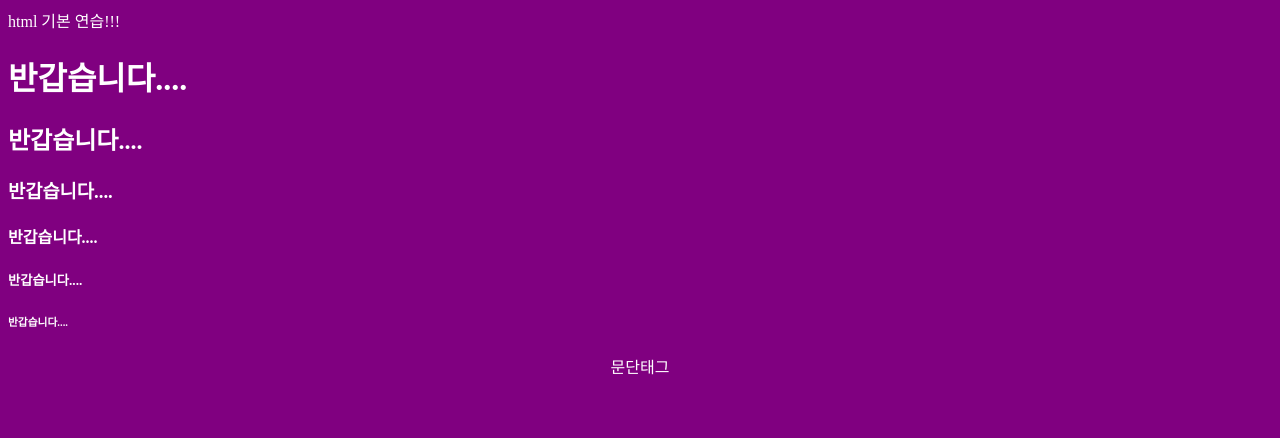
Repository: salee1023/JSP_Practice
Page: HTML_CSS_JS_practice01/src/main/webapp/html01.htm
An editor plug-in stored every save of this project. The page is shown before and after the next save, followed by the edit.
The browser window is 1280 px wide. The pictures show the whole page.

Above is the page before, as saved 2021-08-16 09:07:21.

### HTML_CSS_JS_practice01/src/main/webapp/html01.htm
<!DOCTYPE html>
<!--
	html 기본 구조
	<html>
		<head>
			<meta charset = "utf-8">
			<title>문서의 제목</title>
		</head>
		<body>
			문서의 내용
		</body?
	</html>
 -->
<html>
<head>
<meta charset="utf-8">
<title>html 연습</title>
</head>
<body bgcolor="purple" text="white">
	html 기본 연습!!!<br><h1>반갑습니다....</h1>
	<h2>반갑습니다....</h2><h3>반갑습니다....</h3><h4>반갑습니다....</h4><h5>반갑습니다....</h5><h6>반갑습니다....</h6>
	<p align="center">문단태그</p>
</body>
</html>

After the next save:
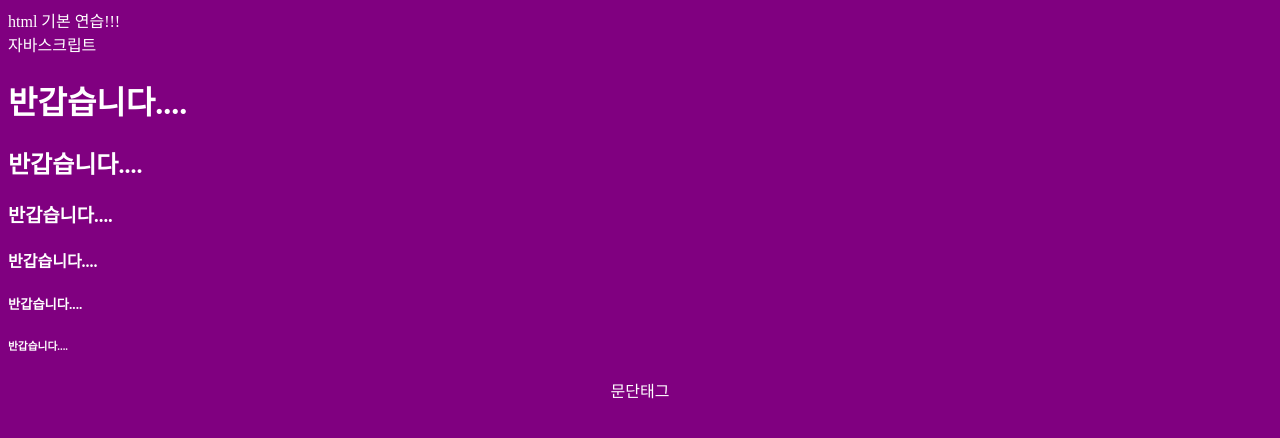
Saved 40 s later.
--- a/HTML_CSS_JS_practice01/src/main/webapp/html01.htm
+++ b/HTML_CSS_JS_practice01/src/main/webapp/html01.htm
@@ -17,7 +17,7 @@
 <title>html 연습</title>
 </head>
 <body bgcolor="purple" text="white">
-	html 기본 연습!!!<br><h1>반갑습니다....</h1>
+	html 기본 연습!!!<br><font face="바탕">자바스크립트</font><h1>반갑습니다....</h1>
 	<h2>반갑습니다....</h2><h3>반갑습니다....</h3><h4>반갑습니다....</h4><h5>반갑습니다....</h5><h6>반갑습니다....</h6>
 	<p align="center">문단태그</p>
 </body>
